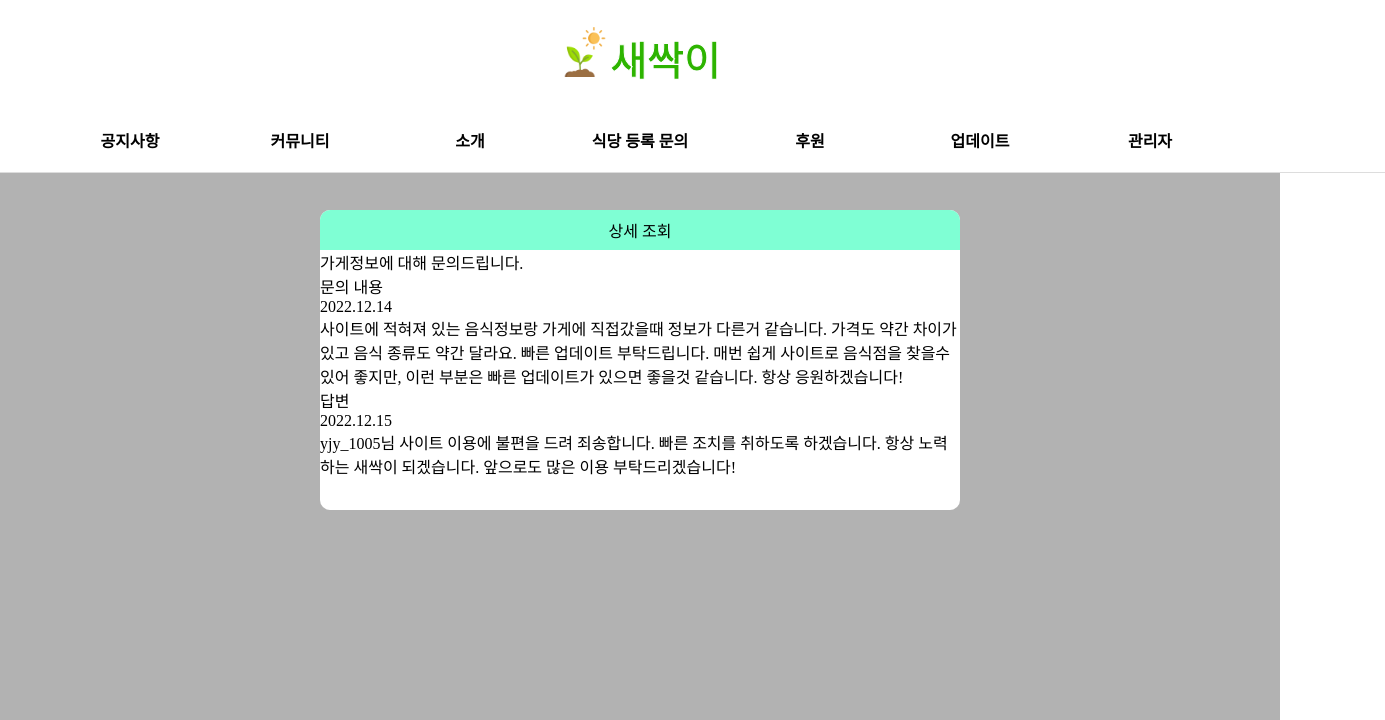
Repository: Seedye/Seedye
Page: team/src/main/webapp/html/board/board-view.html
These files come from the project's save history. The page is drawn as it stood at one moment and after the next save; the edit follows.
The browser window is 1280 px wide. The page is 1385 px wide, so the pictures cover 1385 px, including what lies to the right of the window. The pictures show the whole page.
Some web fonts or font styles are not loaded; a fallback is used. Some web libraries are served in a nearby version.

Above is the page before, as saved 2022-12-15 11:16:33.

After the next save:
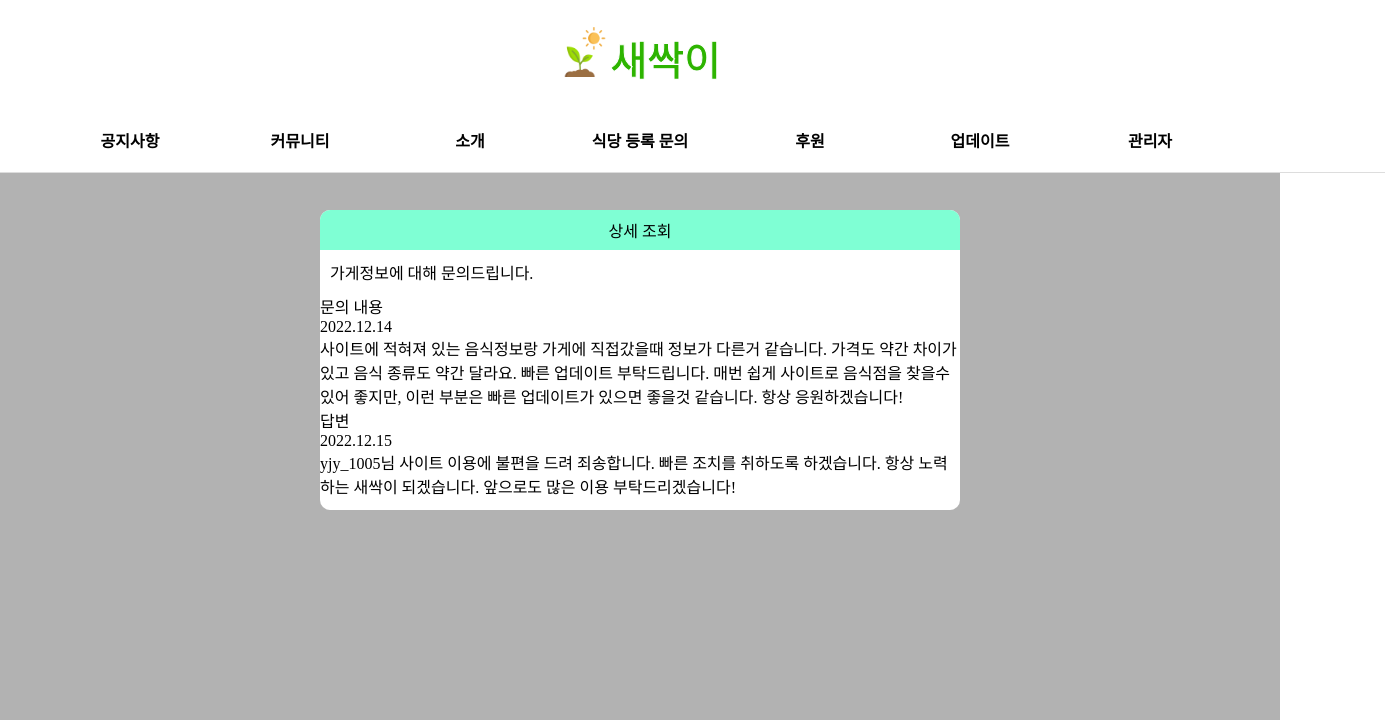
Saved 23 s later.
--- a/team/src/main/webapp/resources/css/board/board-view-style.css
+++ b/team/src/main/webapp/resources/css/board/board-view-style.css
@@ -34,6 +34,6 @@
 
 }
 /* 상세보기 내용 */
-.board-view-content:nth:first-child{
+.board-view-content>p:first-child{
   padding: 10px;
 }
